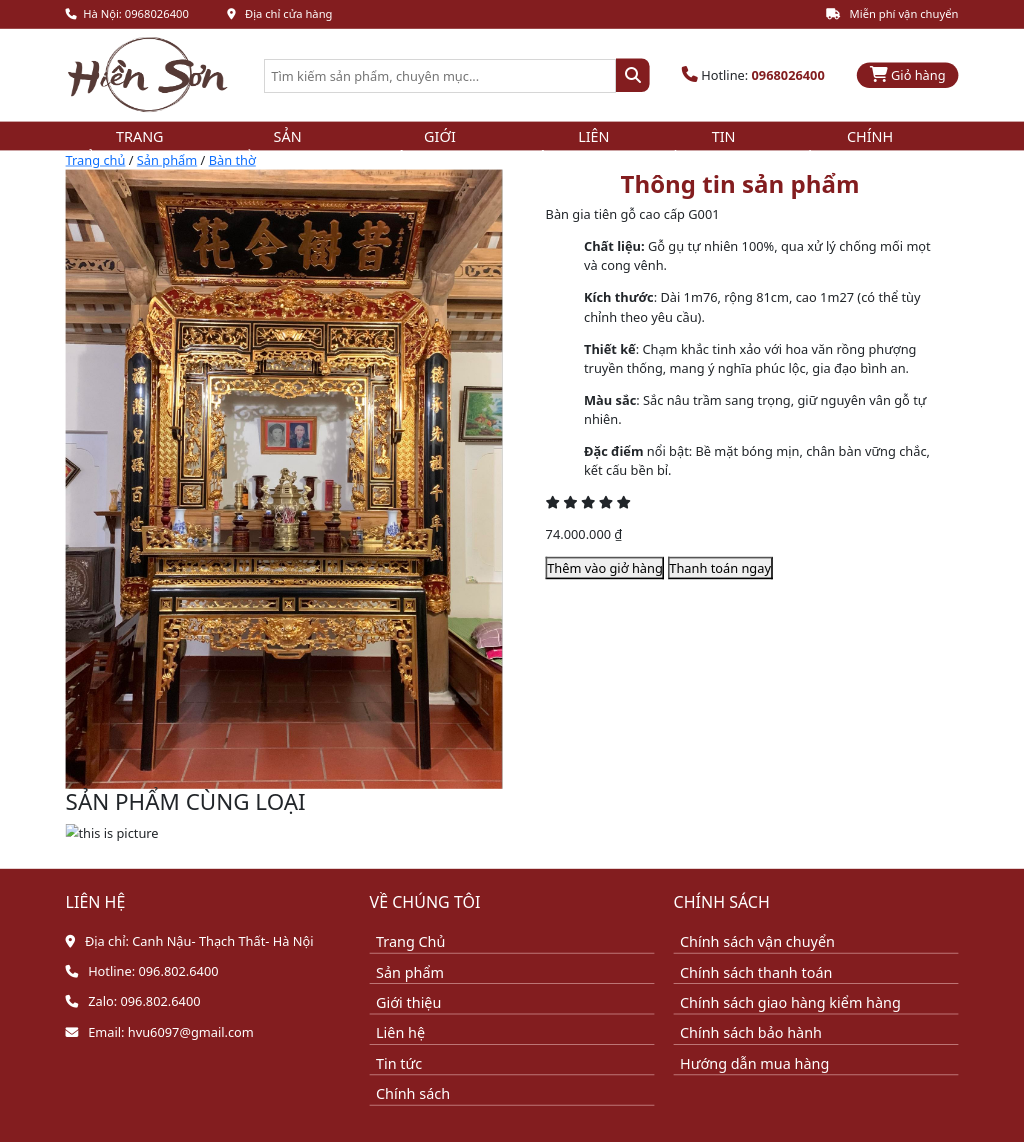
Repository: hoang28092000/do_go_hien_son
Page: product_details/ban_tho-g001.html
These files come from the project's save history. The page is drawn as it stood at one moment and after a run of saves; the edit follows.
The browser window is 1280 px wide. The pictures show the whole page, at 80% of full size.
Some web libraries are served in a nearby version.

Above is the page before, as saved 2024-08-10 20:09:37.

After the next 5 saves:
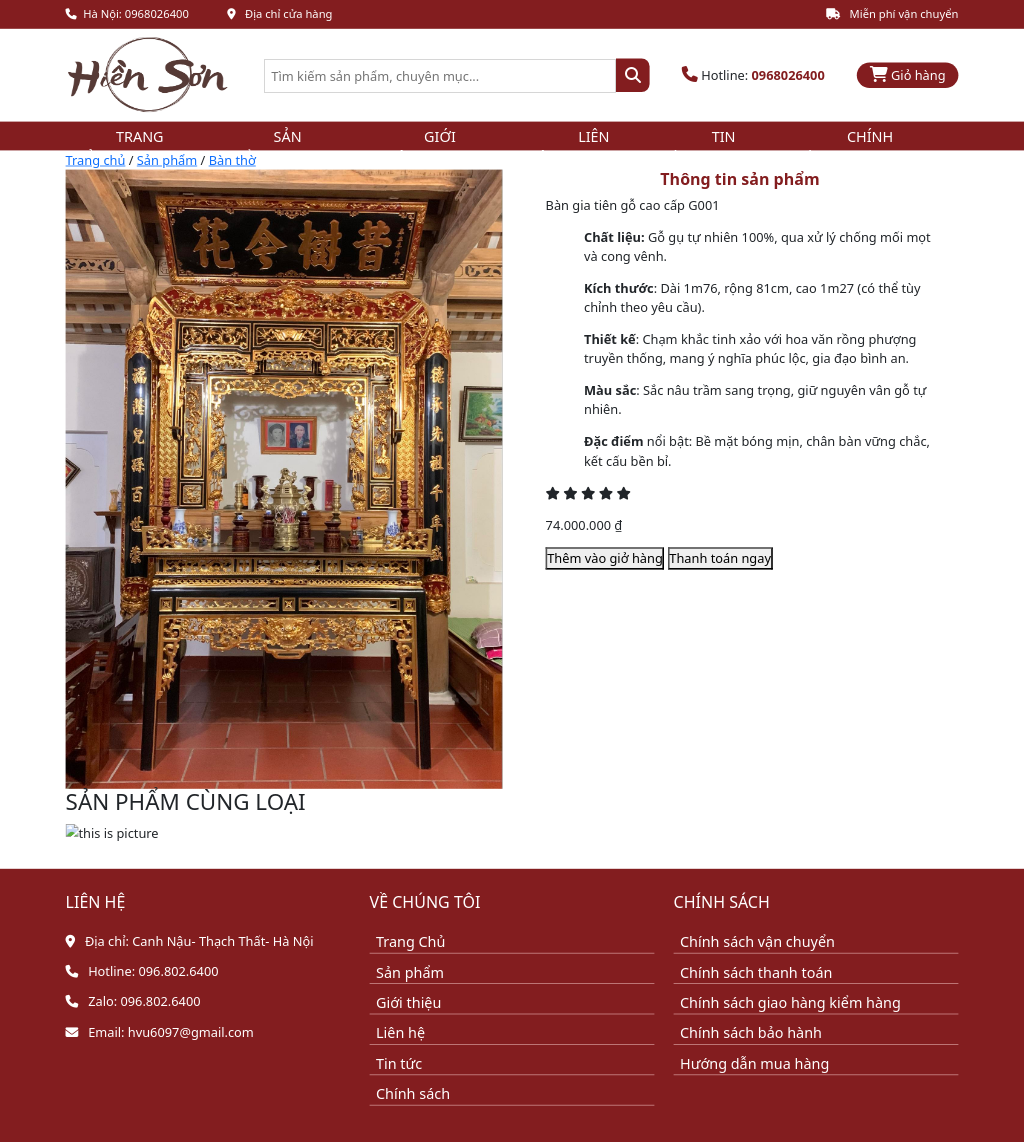
The 5 saves are shown as one change because they came seconds apart.
The last was saved 16 s later.
--- a/asset/style.css
+++ b/asset/style.css
@@ -465,7 +465,9 @@
     text-align: center;
 }
 .main-product_details .info-p_details .name-p_details{
-    font
+    font-size: 20px;
+    color: #831d1f;
+    font-weight: 600;
 }
 
 /* footer */
